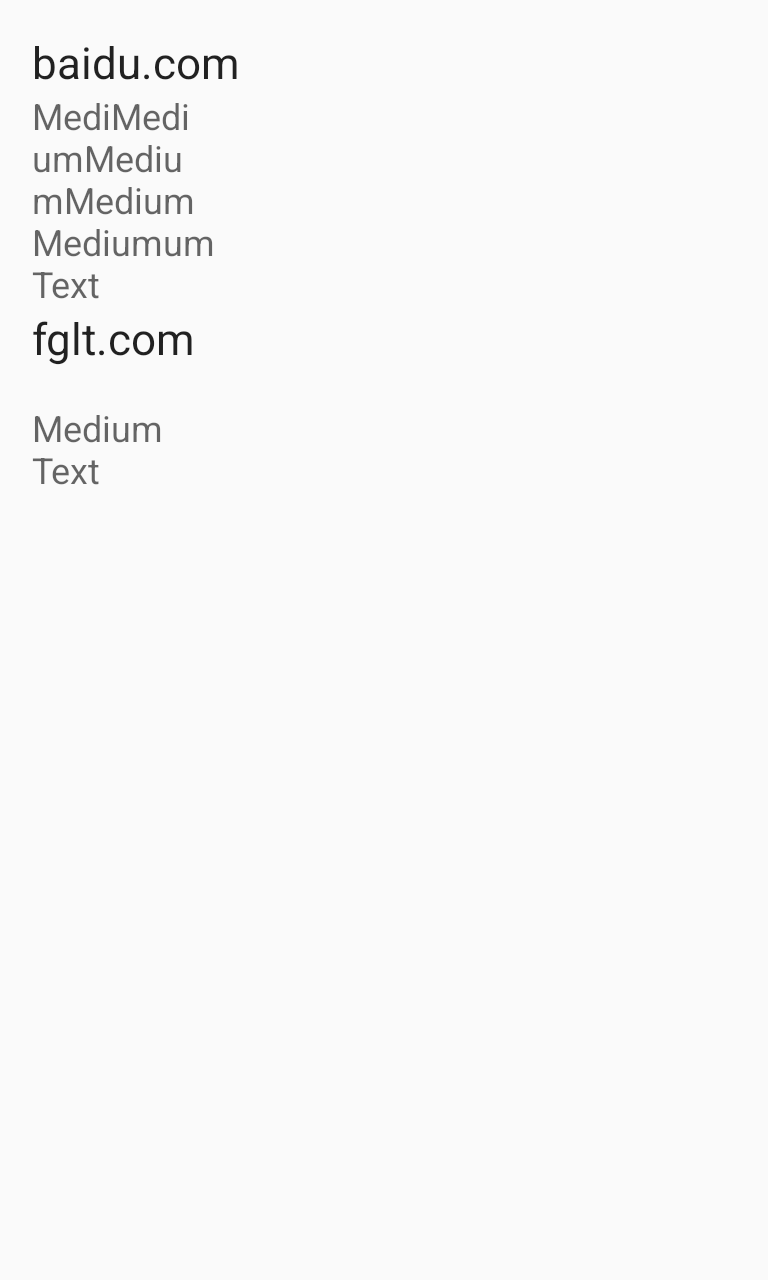
Repository: xiaoniao/home
Layout: android_training/VolleyTraing/res/layout/activity_main.xml
The author's editor kept a copy of each file at every save. The layout is drawn from the files as they stood at one save, then again after a run of saves.
It is drawn on a 768 x 1280 px phone screen (xhdpi) without system bars, with theme AppTheme; the app's code is not run.

Above is the layout before, as saved 2014-09-04 13:12:01.

After the next 2 saves:
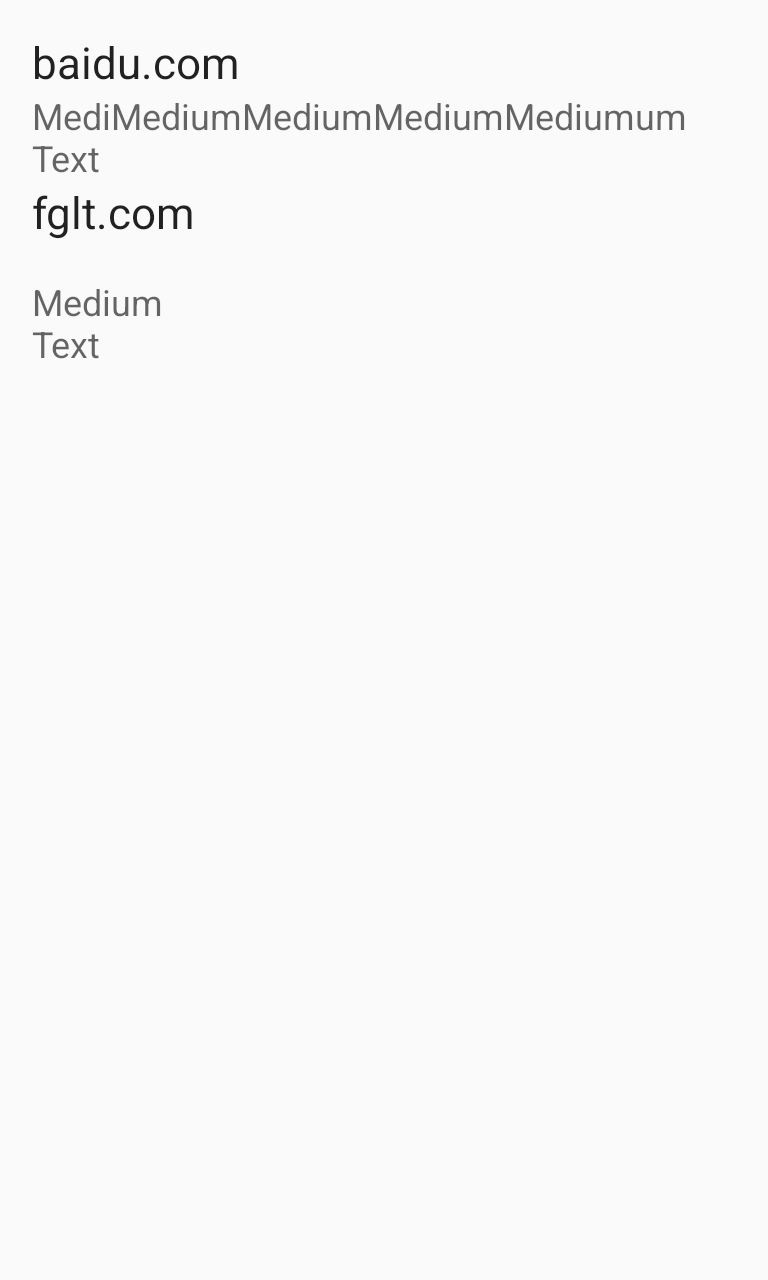
The 2 saves are shown as one change because they came seconds apart.
The last was saved 11 s later.
--- a/android_training/VolleyTraing/res/layout/activity_main.xml
+++ b/android_training/VolleyTraing/res/layout/activity_main.xml
@@ -24,7 +24,6 @@
             android:id="@+id/textView2"
             android:layout_width="wrap_content"
             android:layout_height="wrap_content"
-            android:layout_alignRight="@+id/textView1"
             android:layout_below="@+id/textView1"
             android:text="MediMediumMediumMediumMediumum Text"
             android:textAppearance="?android:attr/textAppearanceMedium" />
@@ -33,7 +32,6 @@
             android:id="@+id/textView3"
             android:layout_width="wrap_content"
             android:layout_height="wrap_content"
-            android:layout_alignLeft="@+id/textView2"
             android:layout_below="@+id/textView2"
             android:text="fglt.com"
             android:textAppearance="?android:attr/textAppearanceLarge" />
